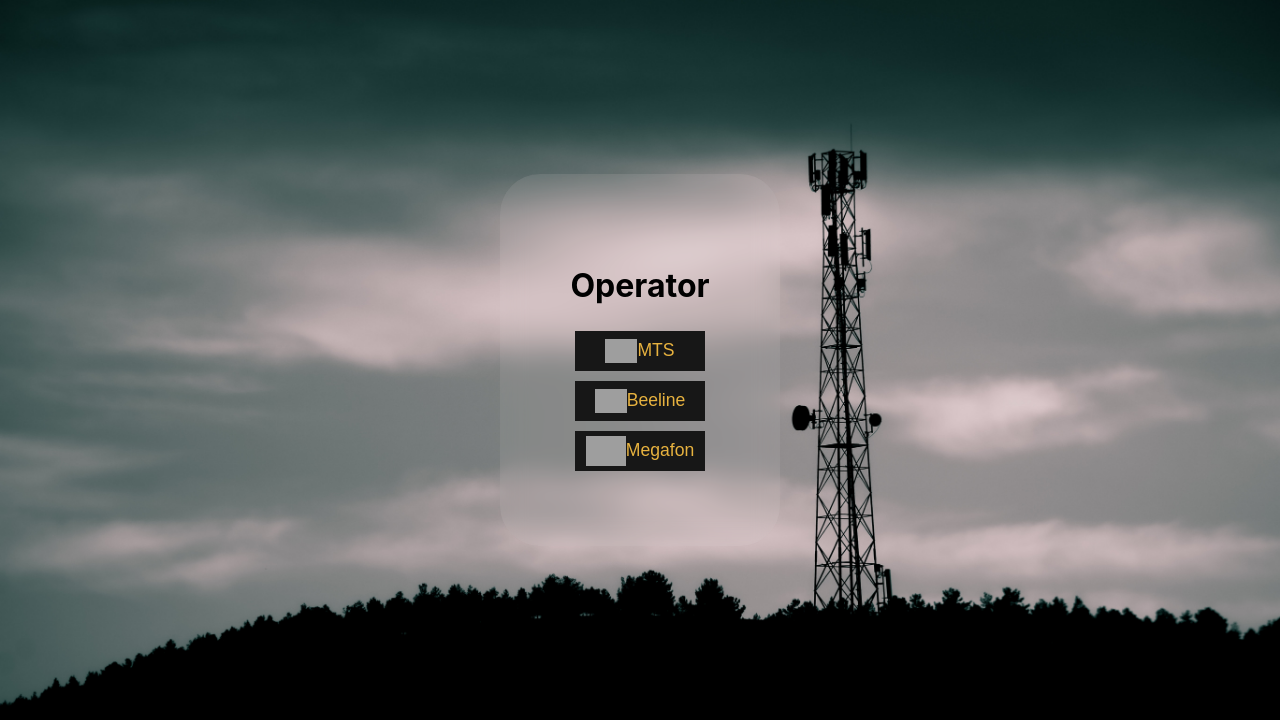
Repository: MiroslavWise/operatop-pay
Page: /
The author's editor kept a copy of each file at every save. The page is drawn from the files as they stood at one save, then again after a run of saves.
The browser window is 1280 px wide. The pictures show the whole page.
Pictures or frames that could not be fetched are drawn as grey boxes. The project was rebuilt for these pictures with package versions that can differ from the ones it lists, and the page was loaded fresh each time. The framework's server and built-in components were replaced by stand-ins that run in the browser. Also part of the build but not shown: next.config.js.

Above is the page before, as saved 2022-02-18 14:25:13.

After the next 4 saves:
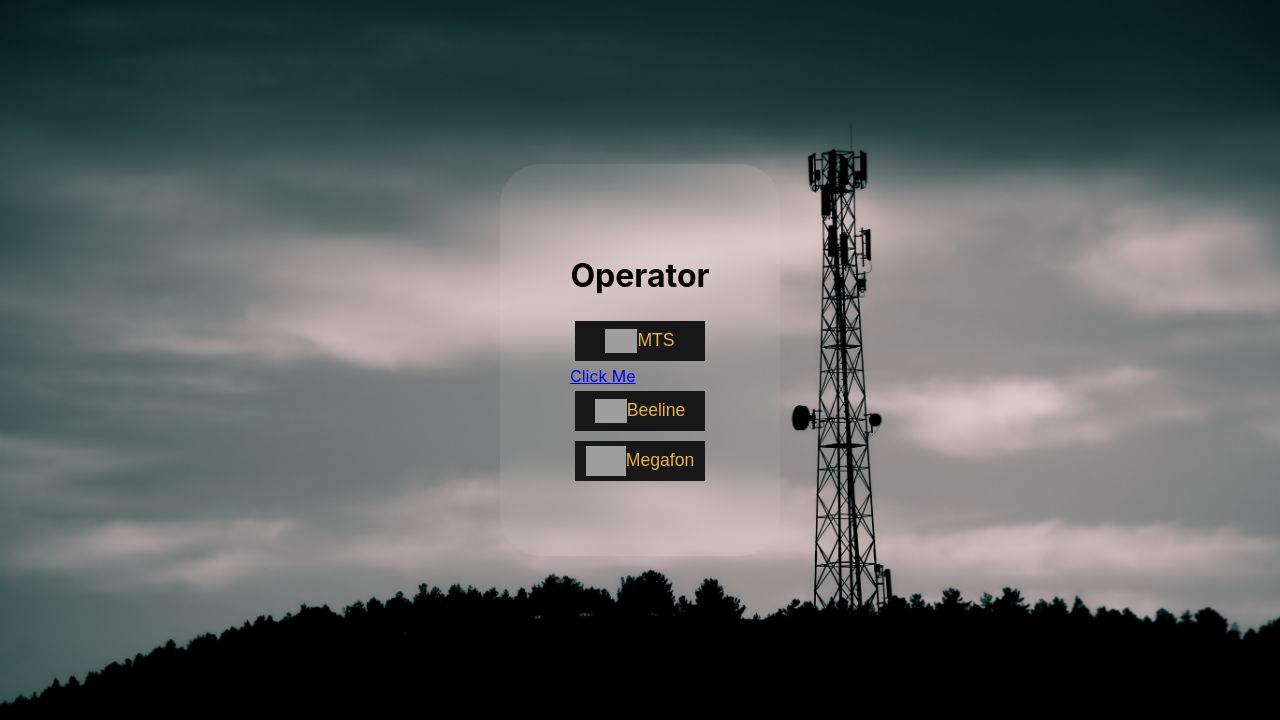
The 4 saves are shown as one change because 3 did not build or start.
The last was saved 4 min 48 s later.
--- a/pages/index.js
+++ b/pages/index.js
@@ -1,15 +1,39 @@
 import Link from 'next/link'
+import React from 'react'
 import styles from '../styles/Home.module.css'
 
-export default function Home() {
+        const MyButton = React.forwardRef(({ onClick, href }, ref) => {
+  return (
+    <a href={href} onClick={onClick} ref={ref}>
+      Click Me
+    </a>
+  )
+})
+
+function Home() {
   return (
     <div className={styles.navigation}>
       <h1 >Operator</h1>
       <nav className={styles.nav}>
           <Link href="/mts"><button className={styles.button}><img src='https://upload.wikimedia.org/wikipedia/commons/c/c2/MTS_logo.svg' height={'24px'} alt='MTS'/><a className={styles.a}>MTS</a></button></Link>
+
+
+
+
+          <Link href="/mts"><MyButton href={'/mats'}/></Link>
+
+
+
+
+
+
+
           <Link href="/beeline"><button className={styles.button}><img src={'https://upload.wikimedia.org/wikipedia/en/b/b1/Beeline.svg'} height={'24px'} alt='Beeline'/><a className={styles.a}>Beeline</a></button></Link>
           <Link href="/megafon"><button className={styles.button}><img src={'https://upload.wikimedia.org/wikipedia/commons/9/9e/MegaFon_logo.svg'}  width={'40px'}/><a className={styles.a}>Megafon</a></button></Link>
       </nav>
     </div>
   )
 }
+
+
+export default Home

After the save that followed:
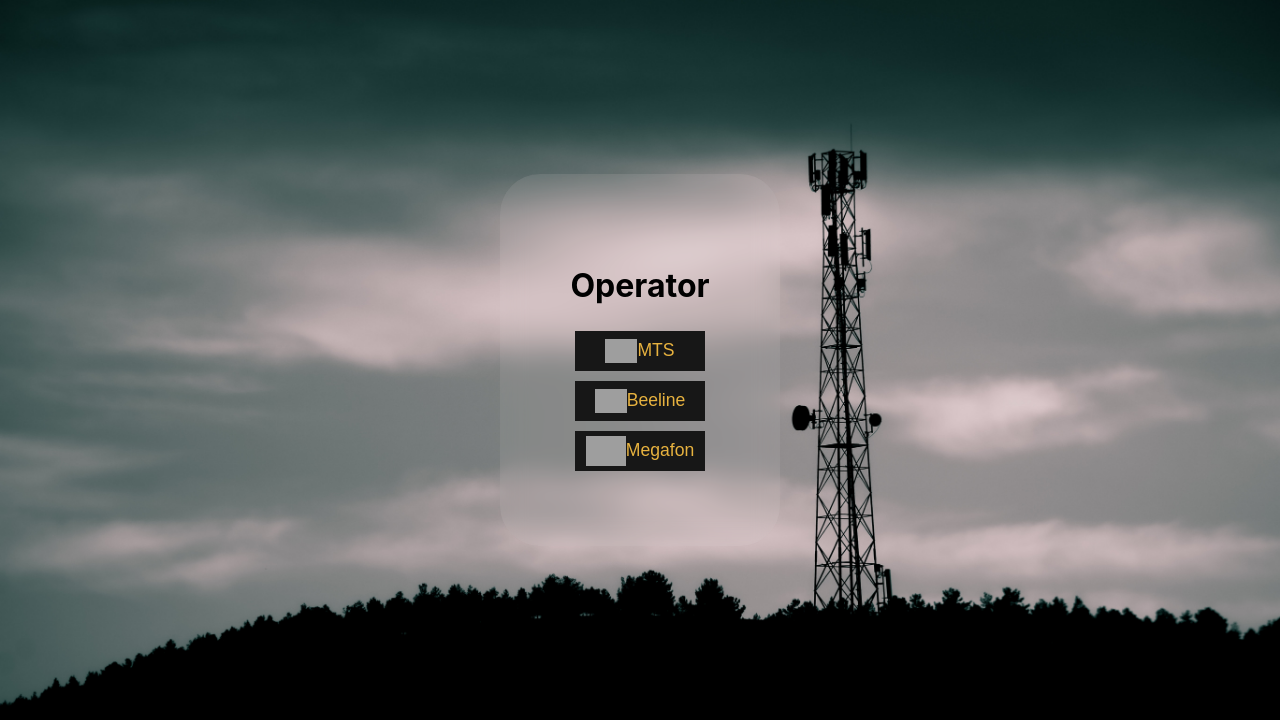
Saved 3 min 27 s later.
--- a/pages/index.js
+++ b/pages/index.js
@@ -1,14 +1,6 @@
 import Link from 'next/link'
 import React from 'react'
 import styles from '../styles/Home.module.css'
-
-        const MyButton = React.forwardRef(({ onClick, href }, ref) => {
-  return (
-    <a href={href} onClick={onClick} ref={ref}>
-      Click Me
-    </a>
-  )
-})
 
 function Home() {
   return (
@@ -20,7 +12,7 @@
 
 
 
-          <Link href="/mts"><MyButton href={'/mats'}/></Link>
+
 
 
 
